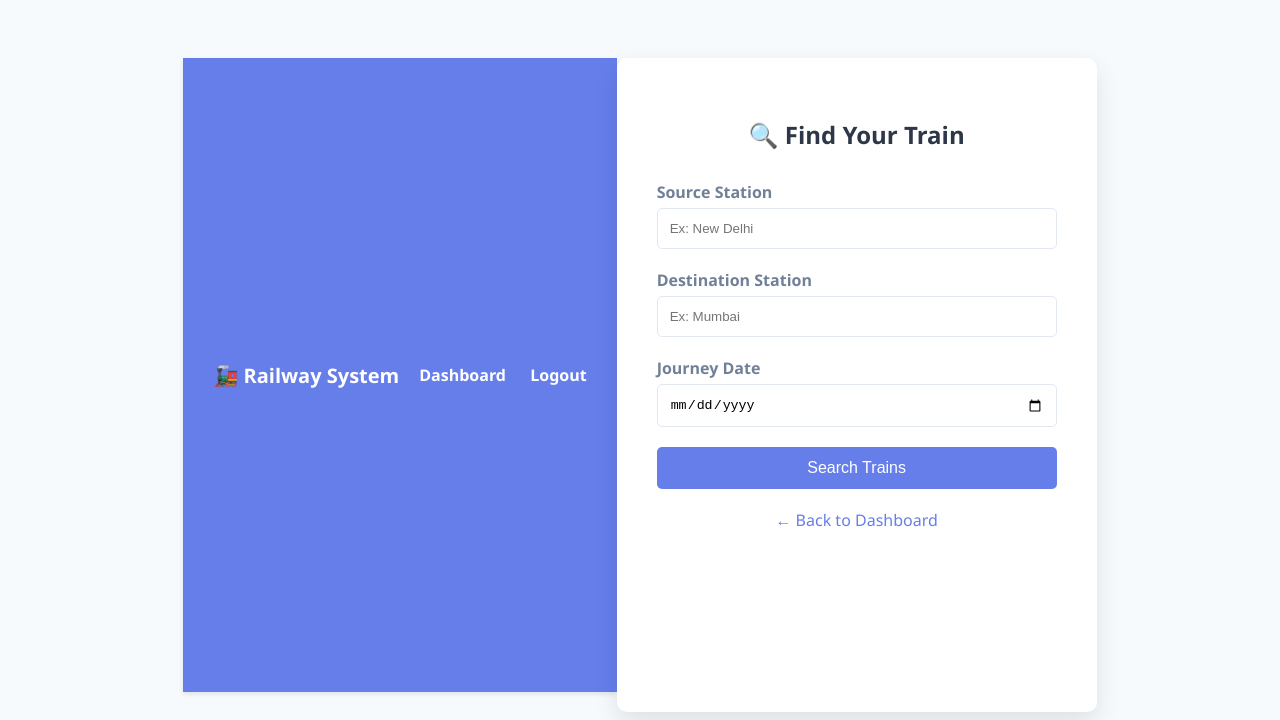
Repository: pallavi0113/Railway-Reservation
Page: http://localhost/RailwayReservationSystem/search-trains.jsp
These files come from the project's save history. The page is drawn as it stood at one moment and after the next save; the edit follows.
The browser window is 1280 px wide. The pictures show the whole page.
The page is served by Tomcat 9.

Above is the page before, as saved 2025-12-09 10:45:57.

After the next save:
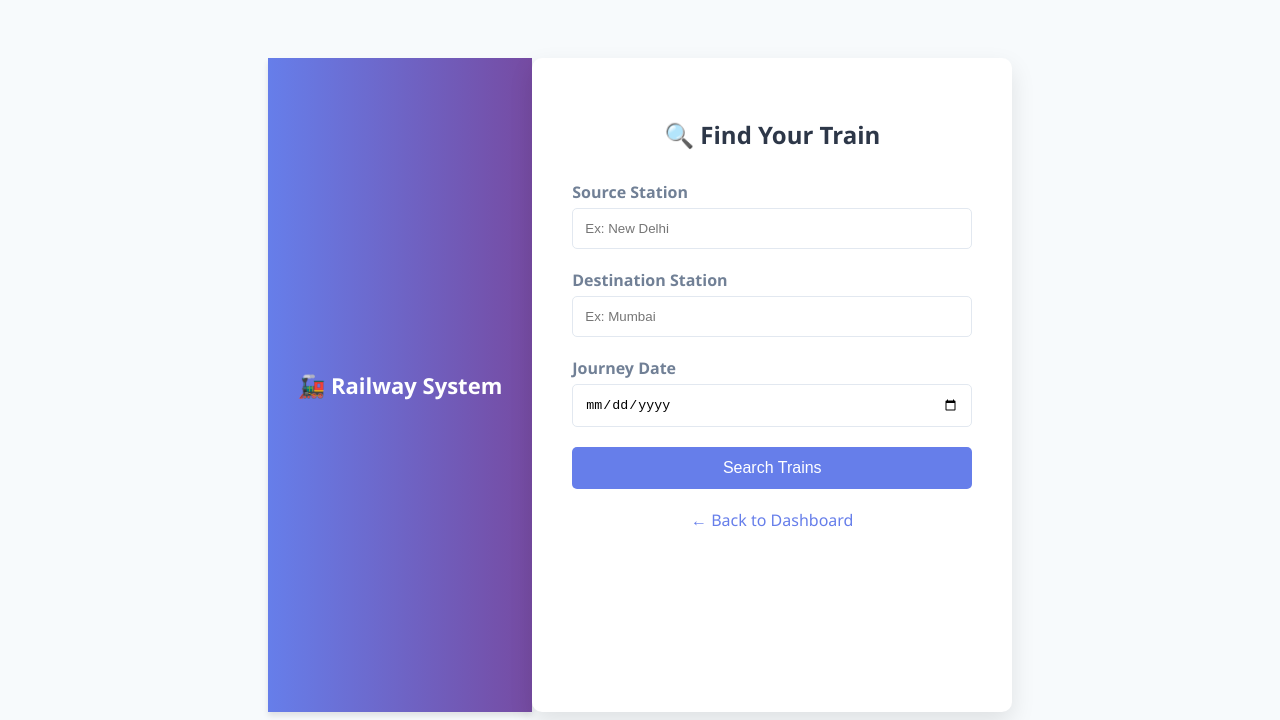
Saved 2 h 40 min later.
--- a/RailwayReservationSystem/src/main/webapp/navbar.jsp
+++ b/RailwayReservationSystem/src/main/webapp/navbar.jsp
@@ -1,15 +1,42 @@
 <%@ page language="java" contentType="text/html; charset=UTF-8" pageEncoding="UTF-8"%>
+<%@ page import="com.railway.model.User" %>
+<%
+    User navUser = (User) session.getAttribute("user");
+%>
 <style>
-    .navbar { background: #667eea; color: white; padding: 15px 30px; display: flex; justify-content: space-between; align-items: center; box-shadow: 0 2px 5px rgba(0,0,0,0.1); margin-bottom: 20px; }
-    .navbar h1 { font-size: 20px; margin: 0; }
-    .navbar a { color: white; text-decoration: none; margin-left: 20px; font-weight: bold; }
-    .navbar a:hover { text-decoration: underline; }
+    /* Navbar Styling */
+    .navbar { background: linear-gradient(90deg, #667eea, #764ba2); color: white; padding: 10px 30px; display: flex; justify-content: space-between; align-items: center; box-shadow: 0 4px 6px rgba(0,0,0,0.1); }
+    .logo { font-size: 22px; font-weight: bold; text-decoration: none; color: white; display: flex; align-items: center; gap: 10px; }
+
+    /* Profile Dropdown */
+    .profile-menu { position: relative; display: inline-block; cursor: pointer; }
+    .profile-btn { background: rgba(255,255,255,0.2); padding: 8px 15px; border-radius: 20px; font-weight: bold; display: flex; align-items: center; gap: 8px; transition: 0.3s; }
+    .profile-btn:hover { background: rgba(255,255,255,0.3); }
+
+    /* Dropdown Content (Hidden by Default) */
+    .dropdown-content { display: none; position: absolute; right: 0; background-color: white; min-width: 200px; box-shadow: 0 8px 16px rgba(0,0,0,0.2); border-radius: 8px; z-index: 1000; overflow: hidden; margin-top: 10px; }
+    .dropdown-content p { color: #2d3748; padding: 12px 16px; margin: 0; border-bottom: 1px solid #edf2f7; font-size: 14px; }
+    .dropdown-content a { color: #e53e3e; padding: 12px 16px; text-decoration: none; display: block; font-weight: bold; }
+    .dropdown-content a:hover { background-color: #f7fafc; }
+
+    /* Show Dropdown on Hover */
+    .profile-menu:hover .dropdown-content { display: block; }
 </style>
 
 <div class="navbar">
-    <h1>🚂 Railway System</h1>
-    <div>
-        <a href="user-dashboard.jsp">Dashboard</a>
-        <a href="LogoutServlet">Logout</a>
-    </div>
+    <a href="user-dashboard.jsp" class="logo">🚂 Railway System</a>
+
+    <% if (navUser != null) { %>
+        <div class="profile-menu">
+            <div class="profile-btn">
+                👤 <%= navUser.getFullName() %> ▼
+            </div>
+            <div class="dropdown-content">
+                <p><strong>User:</strong> <%= navUser.getUsername() %></p>
+                <p><strong>Email:</strong> <%= navUser.getEmail() %></p>
+                <p><strong>Phone:</strong> <%= navUser.getPhone() %></p>
+                <a href="LogoutServlet">🚪 Logout</a>
+            </div>
+        </div>
+    <% } %>
 </div>
